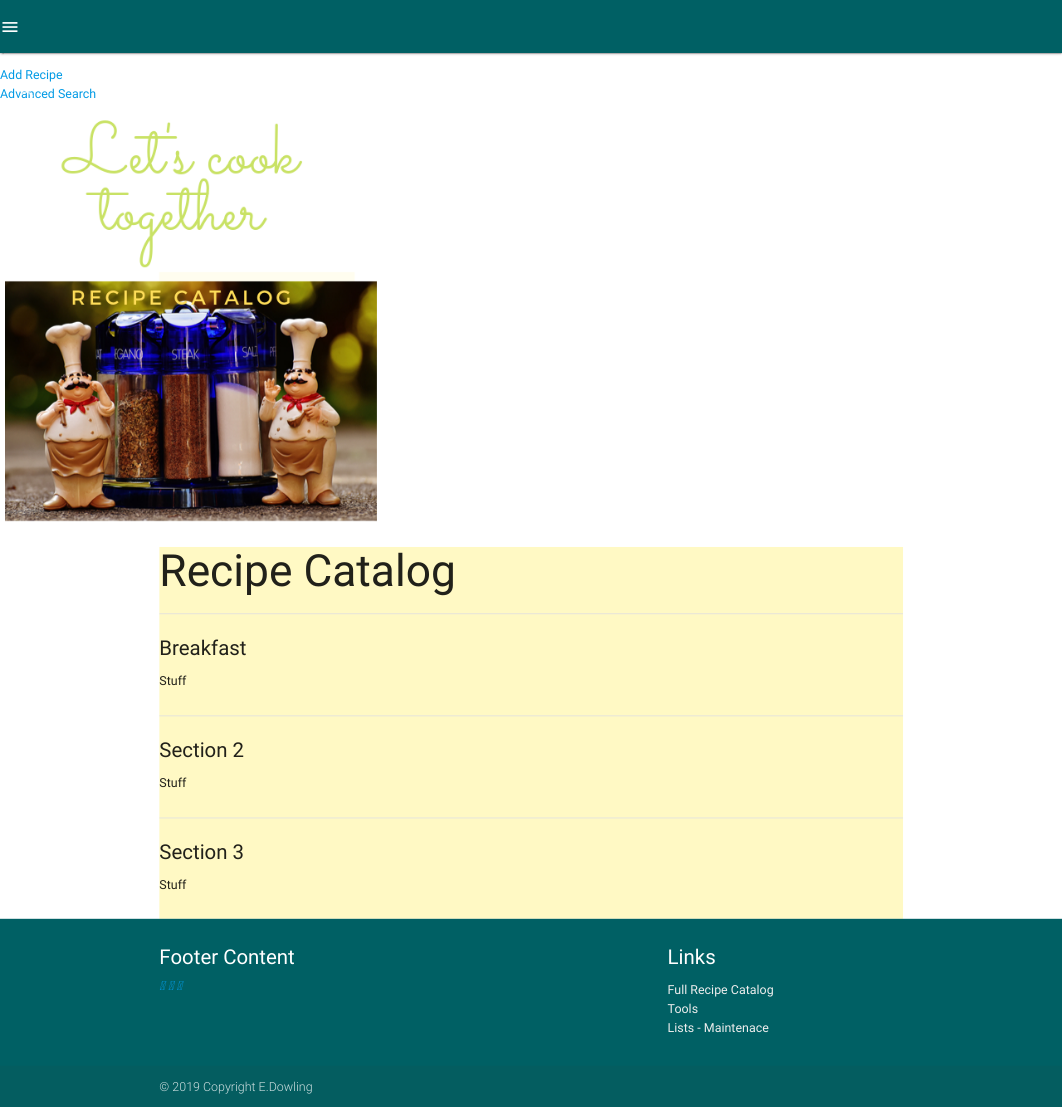
Repository: eldowling/lets-cook-together
Page: http://localhost/get_catalog?course=breakfast
The author's editor kept a record of every edit. The page is drawn from the files as they stood at one moment, then again after the next edit.
The browser window is 1280 px wide. The pictures show the whole page, at 83% of full size.
Some web libraries are served in a nearby version. The page is served by the project's application, run on Flask 3 (app.py). Queries for data that is not in the repository find no rows.

Above is the page before.
Console error: TypeError: $(...).sidenav is not a function

### templates/catalog.html
{% extends 'base.html'%} {% block content %}
<h2>Recipe Catalog</h2>

<div class="divider"></div>
  <div class="section">
    <h5>Breakfast</h5>
    <p>Stuff</p>
  </div>
  <div class="divider"></div>
  <div class="section">
    <h5>Section 2</h5>
    <p>Stuff</p>
  </div>
  <div class="divider"></div>
  <div class="section">
    <h5>Section 3</h5>
    <p>Stuff</p>
  </div>
{% for recipe in recipes %}
    <div class="row">
        <div class="col s6">
            <h4>{{recipe.title}}</h4>
                {{recipe.description}}
        </div>
        <div class="col s3">
            <strong>Course: </strong> {{recipe.course}}
        </div>
        <div class="col s3">
            <strong>Rating: </strong> {{recipe.rating}}
        </div>
    </div>
{% endfor %}

{% endblock %}

### templates/base.html
<!DOCTYPE html>
<html>

<head>
    <link href="https://fonts.googleapis.com/icon?family=Material+Icons" rel="stylesheet">
    <link rel="stylesheet" href="https://cdnjs.cloudflare.com/ajax/libs/materialize/0.100.2/css/materialize.min.css">
    <link rel="stylesheet" href="https://cdnjs.cloudflare.com/ajax/libs/font-awesome/4.7.0/css/font-awesome.min.css">
    <link rel="stylesheet" href="{{ url_for('static', filename='css/style.css') }}" type="text/css" />
</head>

<body>
    <header>
        <!-- Dropdown Structure -->
        <ul id="dropdown1" class="dropdown-content">
            <li><a href="#!">one</a></li>
            <li><a href="#!">two</a></li>
            <li class="divider"></li>
            <li><a href="#!">three</a></li>
        </ul>

        <nav>
            <div class="nav-wrapper cyan darken-4">

                <form>
                    <a href="#" data-target="mobile-demo" class="sidenav-trigger"><i class="material-icons">menu</i></a>
                    <div class="input-field inline ">
                        <input id="search" type="search" required>
                        <label class="label-icon" for="search"><i class="material-icons">search</i></label>
                        <i class="material-icons">close</i>
                    </div>
                    <ul id="nav-mobile" class="right hide-on-med-and-down">
                        <li><a href="addedit-recipe.html">Add Recipe</a></li>
                        <li><a class="dropdown-trigger" href="#!" data-target="dropdown1">Advanced Search<i class="material-icons right">arrow_drop_down</i></a></li>
                    </ul>

                </form>

            </div>
        </nav>

        <ul class="sidenav" id="mobile-demo">
            <li><a href="addedit-recipe.html">Add Recipe</a></li>
            <li><a href="badges.html">Advanced Search</a></li>
        </ul>


    </header>

    <div class="row">
            <img class="main-img" src="static/images/lets-cook-logo.png"></img>
    </div>
    <div class="container yellow lighten-4">
        {% block content %} {% endblock %}
    </div>

    <footer class="page-footer cyan darken-4">
        <div class="container">
            <div class="row">
                <div class="col l6 s12">
                    <h5 class="white-text">Footer Content</h5>

                    <span class="grey-text text-lighten-4 ">
                        <a href="facebook.html"><i class="fab fa-facebook-square"></i></a>
                        <a href="twitter.html"><i class="fab fa-twitter-square"></i></a>
                        <a href="instagram.html"><i class="fab fa-instagram"></i></a>
                    </span>
                </div>
                <div class="col l4 offset-l2 s12">
                    <h5 class="white-text">Links</h5>
                    <ul>
                        <li><a class="grey-text text-lighten-3" href="{{url_for('get_catalog')}}">Full Recipe Catalog</a></li>
                        <li><a class="grey-text text-lighten-3" href="tools.html">Tools</a></li>
                        <li><a class="grey-text text-lighten-3" href="maintenance.html">Lists - Maintenace</a></li>
                    </ul>
                </div>
            </div>
        </div>
        <div class="footer-copyright">
            <div class="container">
                © 2019 Copyright E.Dowling
            </div>
        </div>
    </footer>

    <script src="https://cdnjs.cloudflare.com/ajax/libs/jquery/3.2.1/jquery.min.js"></script>
    <script src="https://cdnjs.cloudflare.com/ajax/libs/materialize/0.100.2/js/materialize.min.js"></script>
    <script type="text/javascript">
        $(document).ready(function() {
            $('.collapsible').collapsible();
            $('select').material_select();
            $(".button-collapse").sideNav();
            $(".dropdown-trigger").dropdown();
            $('.sidenav').sidenav();
        });

    </script>
</body>
</html>

### app.py
import os
from flask import Flask, render_template, redirect, request, url_for
from flask_pymongo import PyMongo
from bson.objectid import ObjectId

app = Flask(__name__)
app.config["MONGO_DBNAME"] = 'recipie_catalog'
app.config["MONGO_URI"] = 'mongodb+srv://root:r00tUser@myfirstcluster-pwjgy.mongodb.net/recipie_catalog?retryWrites=true&w=majority'
#app.config["MONGO_URI"] = os.getenv('MONGO_URI', 'mongodb://localhost')

mongo = PyMongo(app)


@app.route('/')
@app.route('/get_catalog')
def get_catalog():
    return render_template("catalog.html", recipes=mongo.db.recipes.find())


if __name__ == '__main__':
    app.run(host=os.environ.get('IP'),
            port=int(os.environ.get('PORT')),
            debug=True)

### static/css/style.css
.main-img {
  display: inline-block;
  vertical-align: middle;
  max-height: 100%;
  max-width: 100%;
}

After the next edit:
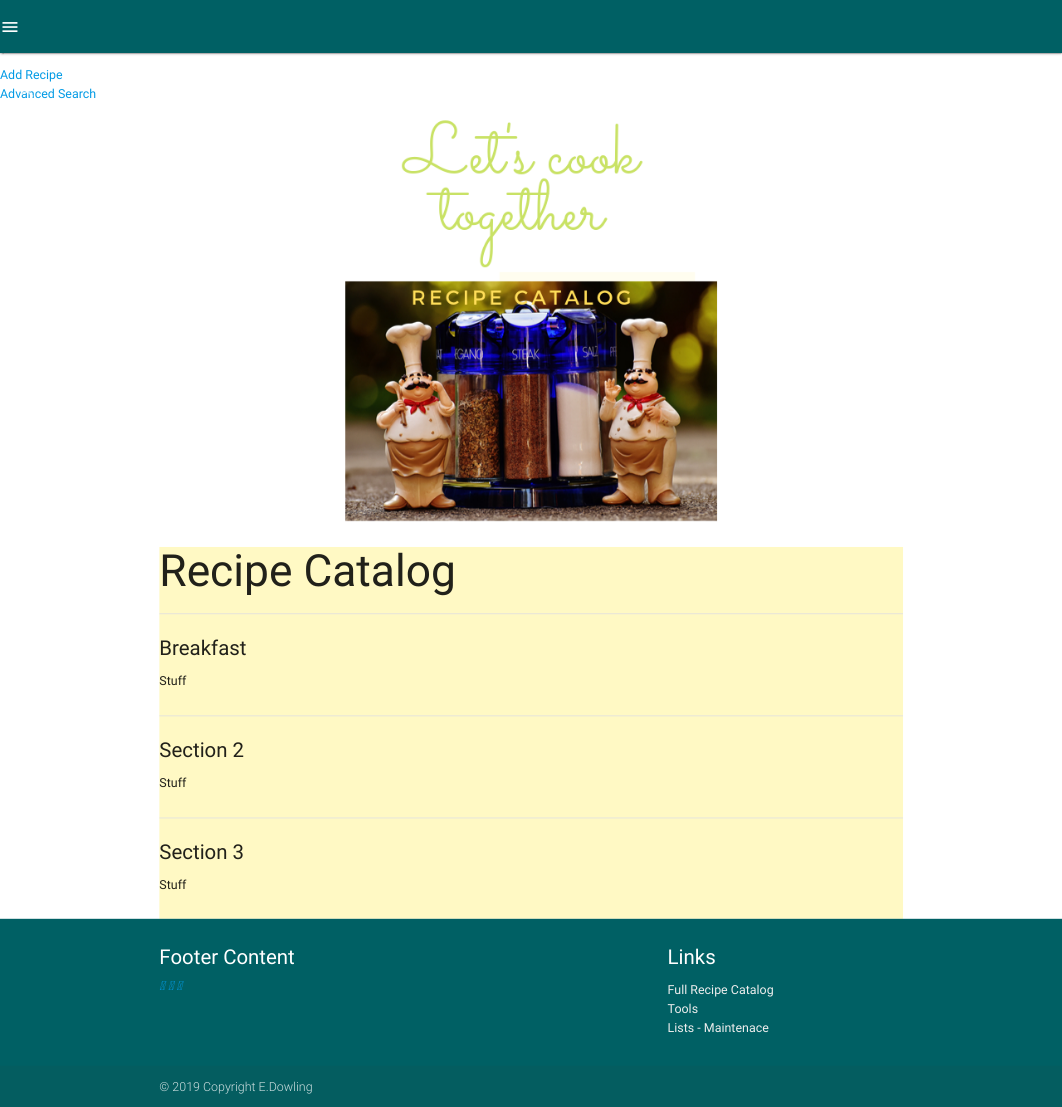
The edit:
--- a/templates/base.html
+++ b/templates/base.html
@@ -46,7 +46,7 @@
 
     </header>
 
-    <div class="row">
+    <div class="center">
             <img class="main-img" src="static/images/lets-cook-logo.png"></img>
     </div>
     <div class="container yellow lighten-4">
